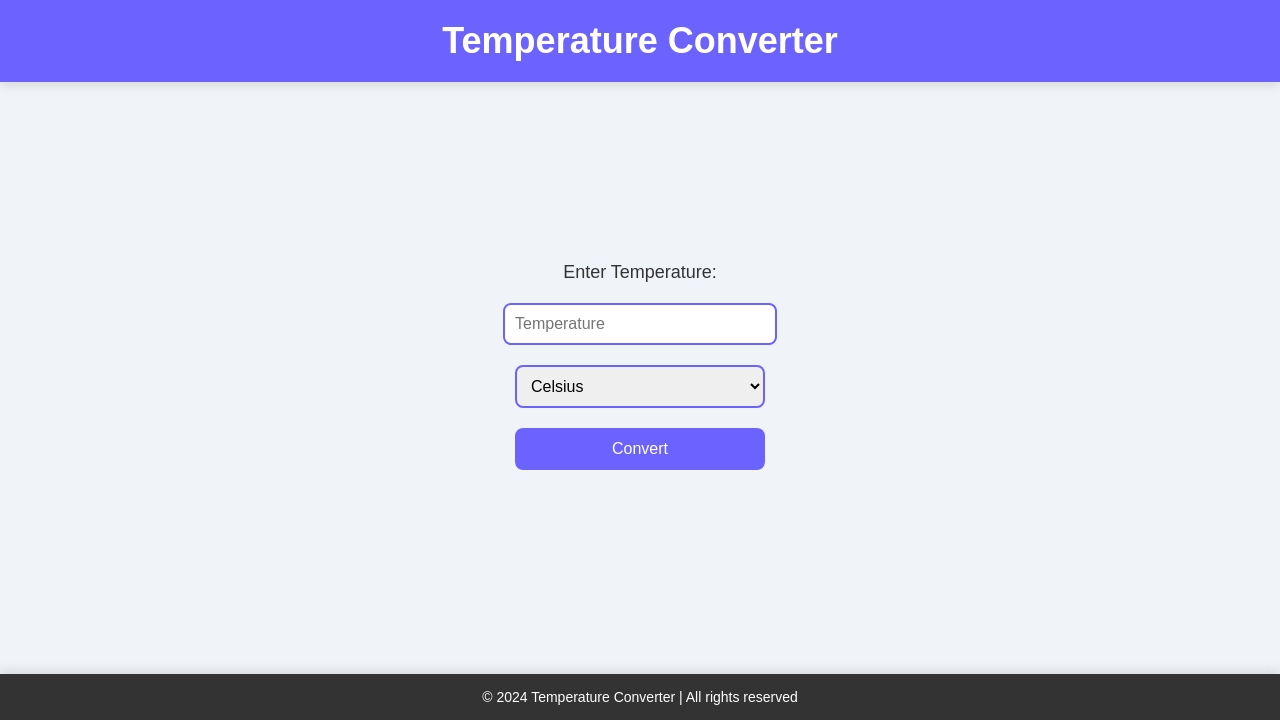
Repository: akhiranandan-04/Temperature-Converter
Page: index.html
These files come from the project's save history. The page is drawn as it stood at one moment and after the next save; the edit follows.
The browser window is 1280 px wide. The pictures show the whole page.

Above is the page before, as saved 2024-10-19 13:17:10.

After the next save:
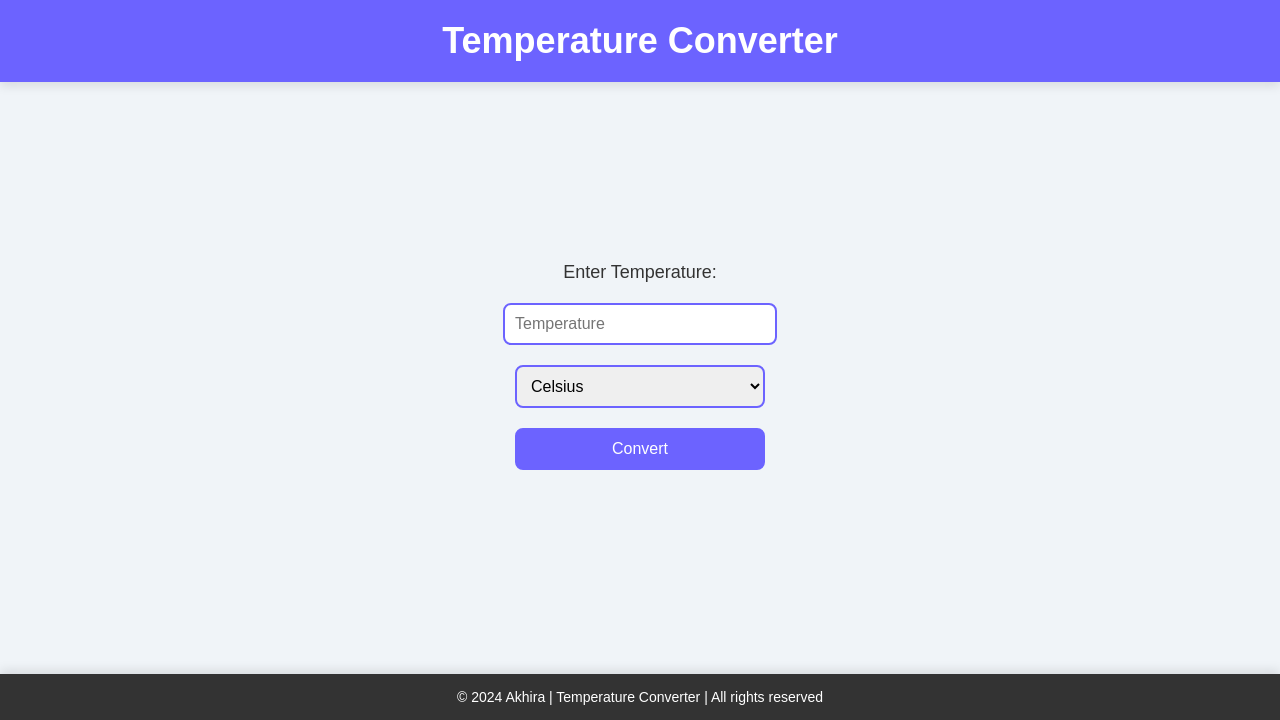
Saved 54 s later.
--- a/index.html
+++ b/index.html
@@ -26,7 +26,7 @@
     </div>
 
     <footer>
-        <p>&copy; 2024 Temperature Converter | All rights reserved</p>
+        <p>&copy; 2024 Akhira | Temperature Converter | All rights reserved</p>
     </footer>
 
     <script src="script.js"></script>
